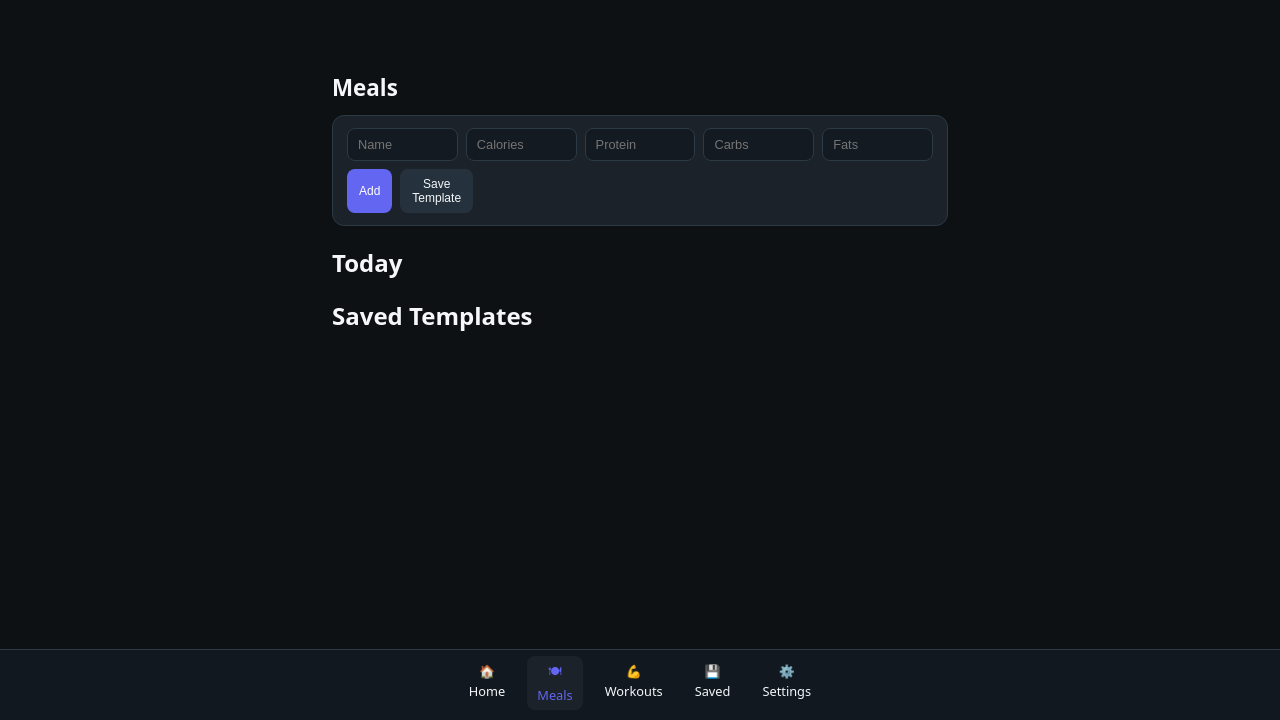
Repository: Ethxmnhz/minpline
Page: /meals
An editor plug-in stored every save of this project. The page is shown before and after the next save, followed by the edit.
The browser window is 1280 px wide. The pictures show the whole page.
The project was rebuilt for these pictures with package versions that can differ from the ones it lists, and the page was loaded fresh each time. Also part of the build but not shown: vite.config.ts, src/ui/ProgressBar.tsx, src/pages/Dashboard.tsx, src/pages/Workouts.tsx, src/pages/SavedMeals.tsx, src/pages/Settings.tsx.

Above is the page before, as saved 2025-09-14 22:04:16.

### index.html
<!doctype html>
<html lang="en">
<head>
  <meta charset="UTF-8" />
  <link rel="icon" type="image/svg+xml" href="/favicon.svg" />
  <meta name="viewport" content="width=device-width, initial-scale=1, maximum-scale=1" />
  <title>Tracker</title>
  <meta name="theme-color" content="#101418" />
  <link rel="manifest" href="/manifest.webmanifest" />
  <style>
    body { margin:0; font-family: system-ui,-apple-system,Segoe UI,Roboto,Helvetica,Arial,sans-serif; background:#0e1114; color:#f5f7fa; }
    #root { min-height:100dvh; }
  </style>
</head>
<body>
  <div id="root"></div>
  <script type="module" src="/src/main.tsx"></script>
</body>
</html>

### src/main.tsx
import React from 'react';
import { createRoot } from 'react-dom/client';
import { App } from './pages/App';
import './styles.css';

createRoot(document.getElementById('root')!).render(<App />);

### src/pages/App.tsx
import React from 'react';
import { BrowserRouter, Routes, Route, Navigate } from 'react-router-dom';
import { Dashboard } from './Dashboard';
import { Meals } from './Meals';
import { Workouts } from './Workouts';
import { SavedMeals } from './SavedMeals';
import { Settings } from './Settings';
import { NavBar } from '../ui/NavBar';

export const App: React.FC = () => {
  return (
    <BrowserRouter>
      <div className="app-shell">
        <div className="view">
          <Routes>
            <Route path="/" element={<Navigate to="/dashboard" replace />} />
            <Route path="/dashboard" element={<Dashboard />} />
            <Route path="/meals" element={<Meals />} />
            <Route path="/workouts" element={<Workouts />} />
            <Route path="/saved" element={<SavedMeals />} />
            <Route path="/settings" element={<Settings />} />
            <Route path="*" element={<div style={{padding:16}}>Not found</div>} />
          </Routes>
        </div>
        <NavBar />
      </div>
    </BrowserRouter>
  );
};

### src/styles.css
:root {
  --color-bg:#0e1114; --color-surface:#1b2229; --color-border:#2c3a45; --color-text:#f5f7fa; --color-accent:#6366f1;
  --color-cal:#ffb347; --color-protein:#4ade80; --color-carbs:#60a5fa; --color-fats:#f472b6;
  --radius:12px; --transition:150ms;
}
* { box-sizing: border-box; }
body { font-family: system-ui,-apple-system,Segoe UI,Roboto,Helvetica,Arial,sans-serif; background:var(--color-bg); color:var(--color-text); }
.app-shell { display:flex; flex-direction:column; min-height:100dvh; padding-bottom:64px; }
.view { flex:1; width:100%; max-width:640px; margin:0 auto; padding:12px 12px 32px; }
.page h1 { font-size:1.4rem; margin:0 0 12px; }
.card { background:var(--color-surface); padding:12px 14px; border-radius:var(--radius); margin-bottom:12px; border:1px solid var(--color-border); }
.summary-grid { display:grid; grid-template-columns:repeat(2,1fr); gap:10px; }
.metric { font-weight:600; margin-top:4px; }
.list { list-style:none; padding:0; margin:6px 0 0; }
.list li { padding:8px 4px; display:flex; align-items:center; justify-content:space-between; border-bottom:1px solid #22313d; font-size:.9rem; }
.list li:last-child { border-bottom:none; }
.small { opacity:.7; font-size:.75rem; margin-left:4px; }
.nav-bar { position:fixed; bottom:0; left:0; right:0; display:flex; justify-content:space-around; background:#11181f; padding:6px 4px 10px; border-top:1px solid var(--color-border); }
.nav-bar a { color:var(--color-text); text-decoration:none; font-size:.8rem; display:flex; flex-direction:column; align-items:center; gap:2px; padding:6px 10px; border-radius:8px; }
.nav-bar a.active { background:var(--color-surface); color:var(--color-accent); }
.form-grid { display:grid; gap:8px; grid-template-columns:repeat(auto-fill,minmax(110px,1fr)); }
.form-grid input { background:#131a21; border:1px solid var(--color-border); color:var(--color-text); padding:8px 10px; border-radius:8px; font-size:.8rem; }
.btn { background:#25323d; border:none; color:var(--color-text); padding:8px 12px; border-radius:8px; cursor:pointer; font-size:.75rem; font-weight:500; }
.btn.primary { background:var(--color-accent); color:#fff; }
.btn.tiny { padding:4px 8px; font-size:.65rem; }
.btn:active { transform:translateY(1px); }
.progress-bar { height:8px; width:100%; background:#12191f; border-radius:6px; overflow:hidden; margin-top:6px; }
.progress-bar .fill { height:100%; background:var(--color-accent); transition:width var(--transition) linear; }
.row { display:flex; }
.gap { gap:8px; }
@media (min-width:640px){ .nav-bar { position:sticky; bottom:auto; top:0; justify-content:center; gap:12px; } .app-shell { padding-top:60px; padding-bottom:0; } }

### src/pages/Meals.tsx
import React, { useState } from 'react';
import { useStore } from '../state/store';
import { MealInput } from '../types';
import { nanoid } from '../util/id';

const empty: MealInput = { name: '', calories: 0, protein: 0, carbs: 0, fats: 0 };

export const Meals: React.FC = () => {
  const today = useStore(s => s.today);
  const addMeal = useStore(s => s.addMeal);
  const saveTemplate = useStore(s => s.saveMealTemplate);
  const templates = useStore(s => s.mealTemplates);
  const totals = useStore(s => s.totalsForDate(today));
  const [form, setForm] = useState<MealInput>(empty);

  const onSubmit = (e: React.FormEvent) => {
    e.preventDefault();
    if (!form.name.trim()) return;
    addMeal({ id: nanoid(), date: today.toISOString(), ...form });
    setForm(empty);
  };

  const quickAddTemplate = (id: string) => {
    const t = templates.find(t => t.id === id);
    if (!t) return;
  // spread template first so explicit id/date override
  addMeal({ ...t, id: nanoid(), date: today.toISOString() });
  };

  return (
    <div className="page">
      <h1>Meals</h1>
      <form onSubmit={onSubmit} className="card form-grid">
        <input placeholder="Name" value={form.name} onChange={e=>setForm(f=>({...f,name:e.target.value}))} />
        <input type="number" placeholder="Calories" value={form.calories||''} onChange={e=>setForm(f=>({...f,calories:+e.target.value}))} />
        <input type="number" placeholder="Protein" value={form.protein||''} onChange={e=>setForm(f=>({...f,protein:+e.target.value}))} />
        <input type="number" placeholder="Carbs" value={form.carbs||''} onChange={e=>setForm(f=>({...f,carbs:+e.target.value}))} />
        <input type="number" placeholder="Fats" value={form.fats||''} onChange={e=>setForm(f=>({...f,fats:+e.target.value}))} />
        <div className="row gap">
          <button type="submit" className="btn primary" style={{flex:1}}>Add</button>
          <button type="button" className="btn" onClick={()=>{ if(form.name.trim()) { saveTemplate({ id: nanoid(), ...form }); } }}>Save Template</button>
        </div>
      </form>

      <section>
        <h2>Today</h2>
        <ul className="list">
          {totals.meals.map(m => (
            <li key={m.id}>{m.name} <span className="small">{m.calories} kcal • P{m.protein} C{m.carbs} F{m.fats}</span></li>
          ))}
        </ul>
      </section>

      <section>
        <h2>Saved Templates</h2>
        <ul className="list">
          {templates.map(t => (
            <li key={t.id}>
              {t.name} <span className="small">{t.calories} kcal</span>
              <button className="btn tiny" onClick={()=>quickAddTemplate(t.id)} style={{marginLeft:8}}>Add</button>
            </li>
          ))}
        </ul>
      </section>
    </div>
  );
};

### src/ui/NavBar.tsx
import React from 'react';
import { NavLink } from 'react-router-dom';

export const NavBar: React.FC = () => {
  return (
    <nav className="nav-bar">
      <NavLink to="/dashboard">🏠<span>Home</span></NavLink>
      <NavLink to="/meals">🍽<span>Meals</span></NavLink>
      <NavLink to="/workouts">💪<span>Workouts</span></NavLink>
      <NavLink to="/saved">💾<span>Saved</span></NavLink>
      <NavLink to="/settings">⚙️<span>Settings</span></NavLink>
    </nav>
  );
};

### src/state/store.ts
import { create } from 'zustand';
import { persist } from 'zustand/middleware';
import { addDays, startOfDay } from 'date-fns';
import { Meal, MealTemplate, Workout, Goals, MealInput, WorkoutInput } from '../types';
import { nanoid } from '../util/id';

export interface TrackerState {
  today: Date;
  goals: Goals;
  meals: Meal[];
  workouts: Workout[];
  mealTemplates: MealTemplate[];
  setToday: (d: Date) => void;
  addMeal: (m: Meal) => void;
  addWorkout: (w: Workout) => void;
  saveMealTemplate: (t: MealTemplate) => void;
  removeMeal: (id: string) => void;
  removeWorkout: (id: string) => void;
  setGoals: (g: Goals) => void;
  totalsForDate: (d: Date) => {
    meals: Meal[];
    workouts: Workout[];
    calories: number;
    protein: number;
    carbs: number;
    fats: number;
    workoutCalories: number;
  };
  quickAddTemplate: (templateId: string) => void;
  bulkAddMeals: (inputs: MealInput[]) => void;
  addFromTemplateWithMultiplier: (templateId: string, multiplier: number) => void;
}

const todayStart = () => startOfDay(new Date());

export const useStore = create<TrackerState>()(persist((set, get) => ({
  today: todayStart(),
  goals: { calories: 2200, protein: 160, carbs: 230, fats: 70 },
  meals: [],
  workouts: [],
  mealTemplates: [],
  setToday: (d) => set({ today: startOfDay(d) }),
  addMeal: (m) => set(s => ({ meals: [...s.meals, m] })),
  addWorkout: (w) => set(s => ({ workouts: [...s.workouts, w] })),
  saveMealTemplate: (t) => set(s => ({ mealTemplates: [...s.mealTemplates.filter(x=>x.name!==t.name), t] })),
  removeMeal: (id) => set(s => ({ meals: s.meals.filter(m => m.id !== id) })),
  removeWorkout: (id) => set(s => ({ workouts: s.workouts.filter(w => w.id !== id) })),
  setGoals: (g) => set({ goals: g }),
  totalsForDate: (d) => {
    const day = startOfDay(d).toISOString();
    const meals = get().meals.filter(m => startOfDay(new Date(m.date)).toISOString() === day);
    const workouts = get().workouts.filter(w => startOfDay(new Date(w.date)).toISOString() === day);
    const calories = meals.reduce((a,b)=>a+b.calories,0);
    const protein = meals.reduce((a,b)=>a+b.protein,0);
    const carbs = meals.reduce((a,b)=>a+b.carbs,0);
    const fats = meals.reduce((a,b)=>a+b.fats,0);
    const workoutCalories = workouts.reduce((a,b)=>a+b.calories,0);
    return { meals, workouts, calories, protein, carbs, fats, workoutCalories };
  },
  quickAddTemplate: (templateId) => {
    const t = get().mealTemplates.find(t=>t.id===templateId);
    if (!t) return;
  get().addMeal({ ...t, id: nanoid(), date: new Date().toISOString() });
  },
  bulkAddMeals: (inputs) => set(s => ({ meals: [...s.meals, ...inputs.map(i => ({ id: nanoid(), date: new Date().toISOString(), ...i }))] })),
  addFromTemplateWithMultiplier: (templateId, multiplier) => {
    const t = get().mealTemplates.find(t=>t.id===templateId);
    if (!t) return;
    const scaled: Meal = { id: nanoid(), date: new Date().toISOString(), name: t.name, calories: Math.round(t.calories*multiplier), protein: Math.round(t.protein*multiplier), carbs: Math.round(t.carbs*multiplier), fats: Math.round(t.fats*multiplier) };
    get().addMeal(scaled);
  }
}), { name: 'tracker-store-v1' }));

### src/util/id.ts
export const nanoid = () => Math.random().toString(36).slice(2,10);

### src/data/foods-indian.ts
// Minimal in-app dataset for common Indian foods (per 100g / standard unit)
// Values approximate; you can expand or adjust.
export interface FoodItem { id: string; name: string; unit: string; gramsPerUnit: number; calories: number; protein: number; carbs: number; fats: number; }

export const foods: FoodItem[] = [
  { id: 'rice-white', name: 'Rice (White, cooked)', unit: 'cup', gramsPerUnit: 158, calories: 205, protein: 4.3, carbs: 44.5, fats: 0.4 },
  { id: 'rice-brown', name: 'Rice (Brown, cooked)', unit: 'cup', gramsPerUnit: 195, calories: 216, protein: 5.0, carbs: 44.8, fats: 1.8 },
  { id: 'roti', name: 'Roti (Chapati, 40g dough)', unit: 'piece', gramsPerUnit: 35, calories: 120, protein: 3.1, carbs: 18.0, fats: 3.2 },
  { id: 'dal', name: 'Dal (Cooked Lentils)', unit: 'cup', gramsPerUnit: 198, calories: 230, protein: 17.0, carbs: 40.0, fats: 1.0 },
  { id: 'chicken-curry', name: 'Chicken Curry (lean)', unit: 'cup', gramsPerUnit: 200, calories: 280, protein: 28, carbs: 8, fats: 14 },
  { id: 'paneer', name: 'Paneer (Fresh)', unit: '100g', gramsPerUnit: 100, calories: 296, protein: 18.0, carbs: 6.1, fats: 22.0 },
  { id: 'curd', name: 'Curd (Dahi, low-fat)', unit: 'cup', gramsPerUnit: 245, calories: 154, protein: 13.0, carbs: 17.0, fats: 4.0 },
  { id: 'idli', name: 'Idli', unit: 'piece', gramsPerUnit: 39, calories: 58, protein: 2.0, carbs: 11.0, fats: 0.4 },
  { id: 'dosa', name: 'Dosa (Plain)', unit: 'piece', gramsPerUnit: 80, calories: 133, protein: 3.0, carbs: 18.0, fats: 5.0 },
  { id: 'poha', name: 'Poha', unit: 'cup', gramsPerUnit: 160, calories: 250, protein: 5.0, carbs: 45.0, fats: 7.0 },
  { id: 'upma', name: 'Upma', unit: 'cup', gramsPerUnit: 245, calories: 220, protein: 6.0, carbs: 40.0, fats: 6.0 },
  { id: 'sambar', name: 'Sambar', unit: 'cup', gramsPerUnit: 200, calories: 150, protein: 6.0, carbs: 22.0, fats: 4.0 },
  { id: 'rajma', name: 'Rajma (Kidney Bean Curry)', unit: 'cup', gramsPerUnit: 200, calories: 240, protein: 15.0, carbs: 34.0, fats: 5.0 },
  { id: 'chole', name: 'Chole (Chickpea Curry)', unit: 'cup', gramsPerUnit: 200, calories: 270, protein: 13.0, carbs: 35.0, fats: 8.0 },
  { id: 'egg-boiled', name: 'Egg (Boiled)', unit: 'piece', gramsPerUnit: 50, calories: 78, protein: 6.3, carbs: 0.6, fats: 5.3 },
  { id: 'banana', name: 'Banana (Medium)', unit: 'piece', gramsPerUnit: 118, calories: 105, protein: 1.3, carbs: 27.0, fats: 0.4 },
  { id: 'apple', name: 'Apple (Medium)', unit: 'piece', gramsPerUnit: 182, calories: 95, protein: 0.5, carbs: 25.0, fats: 0.3 },
  { id: 'almonds', name: 'Almonds', unit: '10 nuts', gramsPerUnit: 12, calories: 70, protein: 2.6, carbs: 2.5, fats: 6.1 },
  { id: 'milk-250', name: 'Milk (Low-fat)', unit: 'cup', gramsPerUnit: 244, calories: 102, protein: 8.2, carbs: 12.0, fats: 2.4 },
];

export function searchFoods(query: string): FoodItem[] {
  if (!query.trim()) return [];
  const q = query.toLowerCase();
  return foods.filter(f => f.name.toLowerCase().includes(q)).slice(0, 20);
}

export function scaleFood(f: FoodItem, grams: number) {
  const ratio = grams / f.gramsPerUnit;
  return {
    calories: Math.round(f.calories * ratio),
    protein: +(f.protein * ratio).toFixed(1),
    carbs: +(f.carbs * ratio).toFixed(1),
    fats: +(f.fats * ratio).toFixed(1)
  };
}

After the next save:
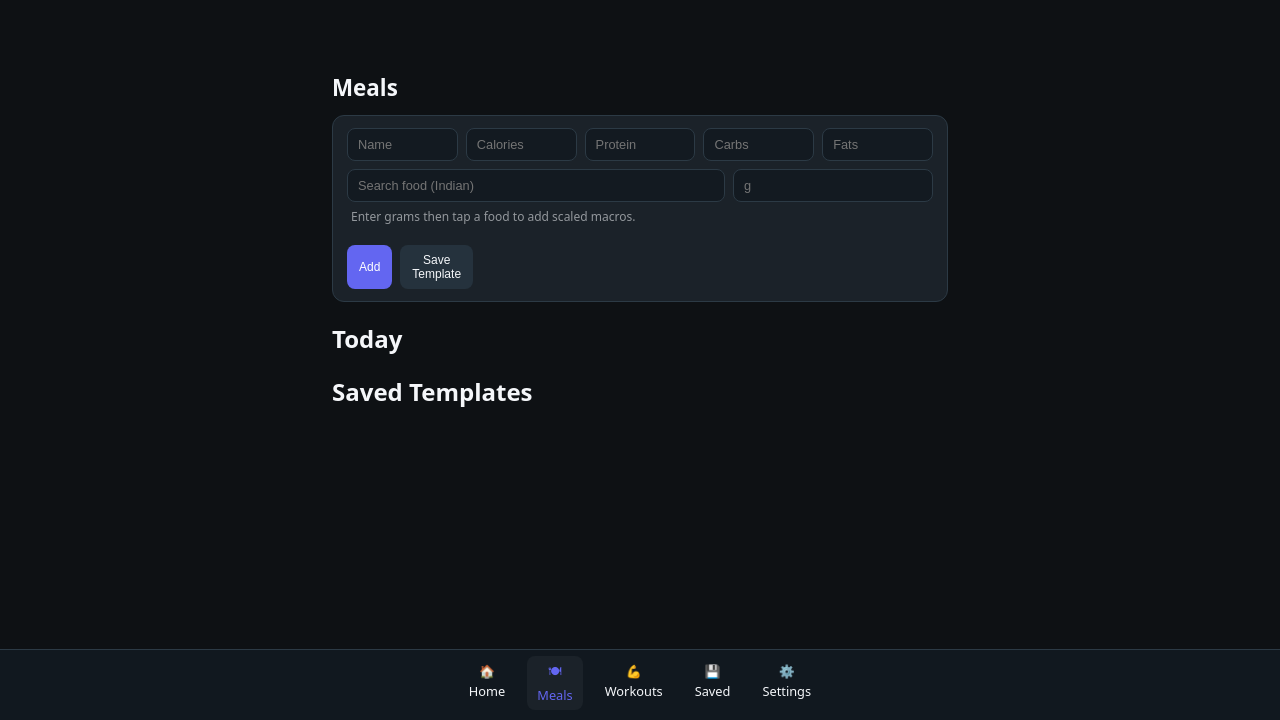
Saved 12 s later.
--- a/src/pages/Meals.tsx
+++ b/src/pages/Meals.tsx
@@ -1,7 +1,8 @@
-import React, { useState } from 'react';
+import React, { useState, useEffect } from 'react';
 import { useStore } from '../state/store';
 import { MealInput } from '../types';
 import { nanoid } from '../util/id';
+import { searchFoods, scaleFood, FoodItem } from '../data/foods-indian';
 
 const empty: MealInput = { name: '', calories: 0, protein: 0, carbs: 0, fats: 0 };
 
@@ -12,6 +13,33 @@ export const Meals: React.FC = () => {
   const templates = useStore(s => s.mealTemplates);
   const totals = useStore(s => s.totalsForDate(today));
   const [form, setForm] = useState<MealInput>(empty);
+  const [foodQuery, setFoodQuery] = useState('');
+  const [foodResults, setFoodResults] = useState<FoodItem[]>([]);
+  const [grams, setGrams] = useState<number>(0);
+
+  useEffect(() => {
+    if (foodQuery.trim()) {
+      setFoodResults(searchFoods(foodQuery));
+    } else {
+      setFoodResults([]);
+    }
+  }, [foodQuery]);
+
+  const applyFood = (f: FoodItem) => {
+    if (!grams || grams <= 0) return;
+    const scaled = scaleFood(f, grams);
+    setForm(prev => ({
+      ...prev,
+      name: prev.name ? prev.name + ' + ' + f.name : f.name,
+      calories: (prev.calories || 0) + scaled.calories,
+      protein: (prev.protein || 0) + scaled.protein,
+      carbs: (prev.carbs || 0) + scaled.carbs,
+      fats: (prev.fats || 0) + scaled.fats,
+    }));
+    setFoodQuery('');
+    setFoodResults([]);
+    setGrams(0);
+  };
 
   const onSubmit = (e: React.FormEvent) => {
     e.preventDefault();
@@ -36,6 +64,22 @@ export const Meals: React.FC = () => {
         <input type="number" placeholder="Protein" value={form.protein||''} onChange={e=>setForm(f=>({...f,protein:+e.target.value}))} />
         <input type="number" placeholder="Carbs" value={form.carbs||''} onChange={e=>setForm(f=>({...f,carbs:+e.target.value}))} />
         <input type="number" placeholder="Fats" value={form.fats||''} onChange={e=>setForm(f=>({...f,fats:+e.target.value}))} />
+        <div style={{gridColumn:'1 / -1'}} className="food-search-block">
+          <div className="row gap" style={{marginBottom:6}}>
+            <input style={{flex:2}} placeholder="Search food (Indian)" value={foodQuery} onChange={e=>setFoodQuery(e.target.value)} />
+            <input style={{flex:1}} type="number" placeholder="g" value={grams||''} onChange={e=>setGrams(+e.target.value)} />
+          </div>
+          {foodResults.length>0 && (
+            <ul className="list" style={{maxHeight:160, overflowY:'auto', marginTop:4}}>
+              {foodResults.map(fr => (
+                <li key={fr.id} style={{cursor:'pointer'}} onClick={()=>applyFood(fr)}>
+                  {fr.name} <span className="small">per {fr.unit}</span>
+                </li>
+              ))}
+            </ul>
+          )}
+          <p className="small" style={{marginTop:4, opacity:.55}}>Enter grams then tap a food to add scaled macros.</p>
+        </div>
         <div className="row gap">
           <button type="submit" className="btn primary" style={{flex:1}}>Add</button>
           <button type="button" className="btn" onClick={()=>{ if(form.name.trim()) { saveTemplate({ id: nanoid(), ...form }); } }}>Save Template</button>
